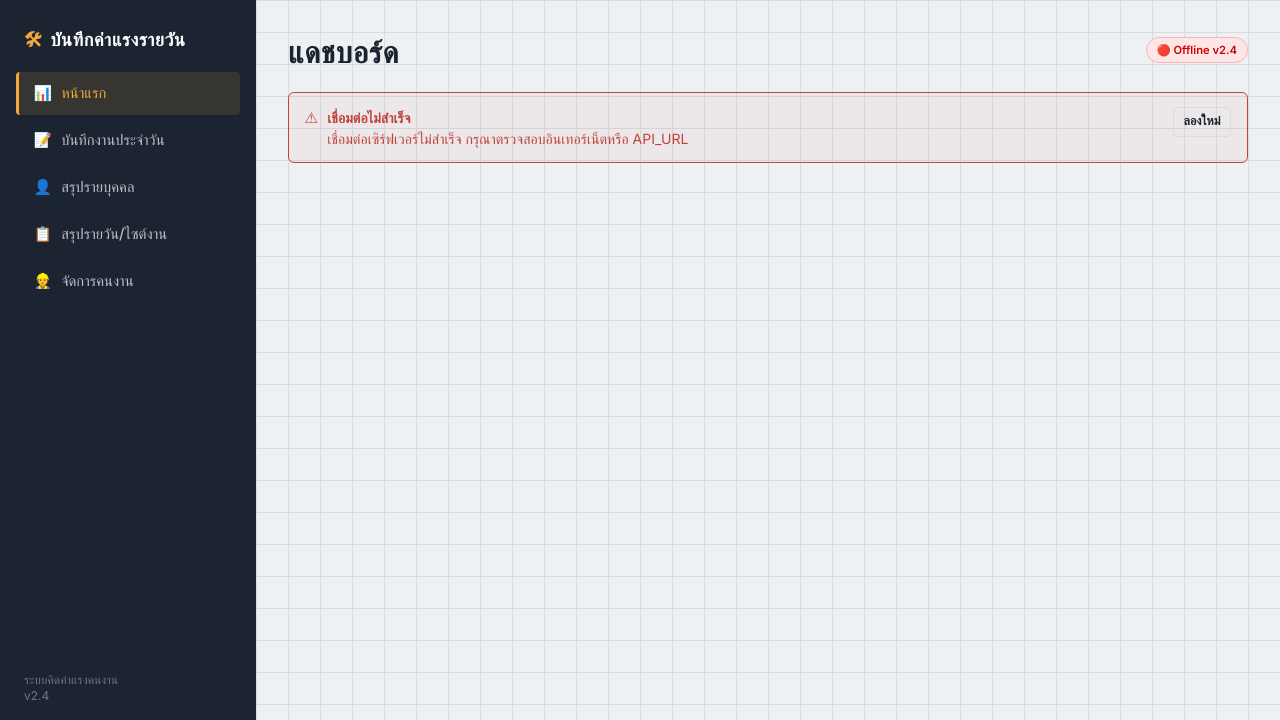
Repository: Artimis2nd/Web-Work
Page: index.html
These files come from the project's save history. The page is drawn as it stood at one moment and after the next save; the edit follows.
The browser window is 1280 px wide. The pictures show the whole page.
The page's requests for data from a server got no answer. Some web libraries are served in a nearby version.

Above is the page before, as saved 2026-07-23 09:06:29.

### index.html
<!DOCTYPE html>
<html lang="th">
<head>
<meta charset="UTF-8">
<meta name="viewport" content="width=device-width, initial-scale=1.0">
<title>หน้าแรก | ระบบคิดค่าแรงคนงาน</title>
<script src="https://cdn.tailwindcss.com"></script>
<link rel="stylesheet" href="assets/css/style.css">
</head>
<body>
<div id="app-shell"></div>

<script src="assets/js/config.js"></script>
<script src="assets/js/api.js"></script>
<script src="assets/js/utils.js"></script>
<script src="assets/js/pages/dashboard.js"></script>
</body>
</html>

### assets/css/style.css
/*
  ระบบคิดค่าแรงคนงาน — Design tokens
  แนวคิด: "สมุดบันทึกงานไซต์ก่อสร้าง" กระดาษพิมพ์เขียว (blueprint) + ตรายางประทับ + เทปวัด
*/

@import url('https://fonts.googleapis.com/css2?family=Oswald:wght@500;600;700&family=Inter:wght@400;500;600;700&family=IBM+Plex+Mono:wght@500;600&display=swap');

:root {
  /* Color */
  --ink: #1B2430;
  --ink-soft: #414B58;
  --paper: #EEF1F3;
  --paper-card: #FFFFFF;
  --blueprint: #3D6B99;
  --blueprint-dark: #2C4E70;
  --amber: #F2A93B;
  --amber-dark: #C9860F;
  --green: #3F8F5F;
  --red: #C1443C;
  --line: #D6DCE1;

  /* Type */
  --font-display: 'Oswald', sans-serif;
  --font-body: 'Inter', sans-serif;
  --font-mono: 'IBM Plex Mono', monospace;
}

body {
  background-color: var(--paper);
  background-image:
    linear-gradient(var(--line) 1px, transparent 1px),
    linear-gradient(90deg, var(--line) 1px, transparent 1px);
  background-size: 32px 32px;
  font-family: var(--font-body);
  color: var(--ink);
}

.font-display { font-family: var(--font-display); letter-spacing: 0.02em; }
.font-mono { font-family: var(--font-mono); }

/* ---------- App shell ---------- */
.app-shell {
  min-height: 100vh;
}

.sidebar {
  background: var(--ink);
  color: #E8ECEF;
}

.sidebar .brand {
  font-family: var(--font-display);
  font-weight: 600;
  letter-spacing: 0.04em;
}

.nav-tab {
  display: flex;
  align-items: center;
  gap: 0.6rem;
  padding: 0.65rem 0.9rem;
  border-radius: 4px;
  color: #B7C0CB;
  font-weight: 500;
  font-size: 0.92rem;
  transition: background-color 0.15s ease, color 0.15s ease, transform 0.1s ease;
  border-left: 3px solid transparent;
}

.nav-tab:hover {
  background: rgba(255,255,255,0.06);
  color: #FFFFFF;
}

.nav-tab.active {
  background: rgba(242, 169, 59, 0.12);
  color: var(--amber);
  border-left-color: var(--amber);
}

/* ---------- Ledger card ---------- */
.ledger-card {
  background: var(--paper-card);
  border: 1px solid var(--line);
  border-radius: 6px;
  box-shadow: 0 1px 2px rgba(27, 36, 48, 0.04);
}

.kpi-card {
  position: relative;
  overflow: hidden;
}

.kpi-card::before {
  content: '';
  position: absolute;
  left: 0; top: 0; bottom: 0;
  width: 4px;
  background: var(--tick-color, var(--blueprint));
}

.kpi-label {
  font-size: 0.72rem;
  letter-spacing: 0.08em;
  text-transform: uppercase;
  color: var(--ink-soft);
  font-weight: 600;
}

.kpi-value {
  font-family: var(--font-mono);
  font-weight: 600;
  color: var(--ink);
}

/* ---------- Measuring-tape ruled table ---------- */
.tape-table {
  border-collapse: separate;
  border-spacing: 0;
  width: 100%;
  table-layout: fixed; /* Force table to respect column widths */
}

.tape-table thead th {
  position: relative;
  text-align: center;
  font-size: 0.7rem;
  letter-spacing: 0.06em;
  text-transform: uppercase;
  color: var(--ink-soft);
  font-weight: 600;
  padding: 0.7rem 2px; /* Further reduced horizontal padding */
  border-bottom: 2px solid var(--ink);
  background: var(--paper-card);
  border-right: 1px solid var(--line);
  word-wrap: break-word; /* Allow long words in header to wrap */
  vertical-align: top; /* Align wrapped header text to the top */
}

.tape-table thead th:last-child {
  border-right: none;
}

.tape-table tbody td {
  padding: 0.65rem 2px; /* Further reduced horizontal padding */
  border-bottom: 1px dashed var(--line);
  font-size: 0.88rem;
  border-right: 1px solid var(--line);
}

.tape-table tbody td:last-child {
  border-right: none;
}

.tape-table tbody tr:hover td {
  background: #F8FAFB;
}

.tape-table tbody tr:first-child td {
  border-top: none;
}

/* left ruler ticks on first column */
.tape-table tbody td:first-child {
  position: relative;
  padding-left: 4px; /* Reduced first column padding */
}

/* ---------- Rubber stamp badge ---------- */
.stamp {
  display: inline-flex;
  align-items: center;
  gap: 0.3rem;
  font-family: var(--font-display);
  font-size: 0.68rem;
  letter-spacing: 0.08em;
  text-transform: uppercase;
  font-weight: 600;
  padding: 0.18rem 0.55rem;
  border: 1.5px solid currentColor;
  border-radius: 3px;
  transform: rotate(-2deg);
}

.stamp-active { color: var(--green); }
.stamp-inactive { color: var(--ink-soft); }
.stamp-paid { color: var(--blueprint-dark); }

/* ---------- Buttons ---------- */
.btn {
  display: inline-flex;
  align-items: center;
  justify-content: center;
  gap: 0.4rem;
  font-weight: 600;
  font-size: 0.86rem;
  padding: 0.55rem 1rem;
  border-radius: 5px;
  transition: filter 0.15s ease, transform 0.05s ease;
  cursor: pointer;
}
.btn:active { transform: translateY(1px); }

.btn-primary { background: var(--blueprint); color: #fff; }
.btn-primary:hover { filter: brightness(1.08); }

.btn-amber { background: var(--amber); color: var(--ink); }
.btn-amber:hover { filter: brightness(1.05); }

.btn-outline { background: transparent; border: 1.5px solid var(--line); color: var(--ink); }
.btn-outline:hover { border-color: var(--ink-soft); }

.btn-danger { background: transparent; color: var(--red); }
.btn-danger:hover { background: rgba(193,68,60,0.08); }

.btn[disabled] {
  cursor: not-allowed;
  filter: grayscale(0.5) brightness(0.95);
}

.progress-button-content {
  width: 100%;
  display: flex;
  flex-direction: column;
  align-items: center;
  gap: 5px;
}
.progress-label {
  font-size: 0.8rem;
  transition: color 0.2s ease;
}
.progress-track {
  width: 100%;
  height: 5px;
  background: rgba(255,255,255,0.3);
  border-radius: 3px;
  overflow: hidden;
}
.progress-fill {
  height: 100%;
  background: #fff;
  border-radius: 3px;
  transition: width 0.15s linear;
}

.btn-sm { padding: 0.3rem 0.6rem; font-size: 0.78rem; }

/* ---------- Form fields ---------- */
.field-label {
  display: block;
  font-size: 0.8rem;
  font-weight: 600;
  color: var(--ink-soft);
  margin-bottom: 0.3rem;
}

.field-input {
  width: 100%;
  border: 1.5px solid var(--line);
  border-radius: 5px;
  padding: 0.55rem 0.75rem;
  font-size: 0.9rem;
  background: #fff;
  color: var(--ink);
}
.field-input:focus {
  outline: none;
  border-color: var(--blueprint);
  box-shadow: 0 0 0 3px rgba(61, 107, 153, 0.15);
}

textarea.field-input {
  min-height: 120px;
  resize: vertical;
}

.worker-check {
  display: flex;
  align-items: center;
  justify-content: space-between;
  padding: 0.6rem 0.75rem;
  border: 1.5px solid var(--line);
  border-radius: 5px;
  cursor: pointer;
  transition: border-color 0.15s ease, background-color 0.15s ease;
}
.worker-check.checked {
  border-color: var(--amber-dark);
  background: rgba(242, 169, 59, 0.08);
}

/* ---------- Worker wage options (v2) ---------- */
.worker-options {
  display: none;
  margin-top: 0.5rem;
  padding: 0.75rem;
  background: #F8FAFB;
  border: 1px solid var(--line);
  border-radius: 5px;
}
.worker-options.open {
  display: block;
}

.wage-type-toggle {
  display: flex;
  gap: 0.5rem;
  margin-bottom: 0.5rem;
}

.wage-type-btn {
  padding: 0.3rem 0.7rem;
  font-size: 0.78rem;
  border: 1.5px solid var(--line);
  border-radius: 4px;
  background: #fff;
  cursor: pointer;
  font-weight: 500;
  transition: all 0.12s ease;
}
.wage-type-btn.active {
  border-color: var(--blueprint);
  background: var(--blueprint);
  color: #fff;
}

.wage-input-group {
  display: flex;
  align-items: center;
  gap: 0.5rem;
  flex-wrap: wrap;
}

.wage-input-group label {
  font-size: 0.8rem;
  color: var(--ink-soft);
  font-weight: 500;
}

.wage-input-group select,
.wage-input-group input[type="number"] {
  border: 1.5px solid var(--line);
  border-radius: 4px;
  padding: 0.3rem 0.5rem;
  font-size: 0.85rem;
  background: #fff;
  color: var(--ink);
  font-family: var(--font-mono);
}
.wage-input-group select:focus,
.wage-input-group input[type="number"]:focus {
  outline: none;
  border-color: var(--blueprint);
}

.wage-calc-result {
  font-size: 0.82rem;
  font-weight: 600;
  color: var(--blueprint-dark);
  margin-top: 0.3rem;
}

.wage-calc-result .no-markup {
  color: var(--red);
  font-size: 0.72rem;
  font-weight: 500;
}

/* ---------- Image upload (v2) ---------- */
.image-upload-area {
  border: 2px dashed var(--line);
  border-radius: 6px;
  padding: 1.5rem;
  text-align: center;
  cursor: pointer;
  transition: border-color 0.15s ease, background-color 0.15s ease;
}
.image-upload-area:hover {
  border-color: var(--blueprint);
  background: rgba(61, 107, 153, 0.04);
}
.image-upload-area.dragover {
  border-color: var(--amber);
  background: rgba(242, 169, 59, 0.06);
}

.image-grid {
  display: grid;
  grid-template-columns: repeat(auto-fill, minmax(100px, 1fr));
  gap: 0.5rem;
  margin-top: 0.75rem;
}

.image-preview {
  position: relative;
  aspect-ratio: 1;
  border-radius: 4px;
  overflow: hidden;
  border: 1px solid var(--line);
}
.image-preview img {
  width: 100%;
  height: 100%;
  object-fit: cover;
}
.image-preview .remove-btn {
  position: absolute;
  top: 2px;
  right: 2px;
  width: 22px;
  height: 22px;
  border-radius: 50%;
  background: rgba(0,0,0,0.6);
  color: #fff;
  border: none;
  font-size: 14px;
  line-height: 1;
  cursor: pointer;
  display: flex;
  align-items: center;
  justify-content: center;
  transition: background 0.12s ease;
}
.image-preview .remove-btn:hover {
  background: var(--red);
}

.image-count {
  font-size: 0.78rem;
  color: var(--ink-soft);
  margin-top: 0.4rem;
}

/* ---------- Loading skeleton ---------- */
.skeleton {
  background: linear-gradient(90deg, #E4E8EB 25%, #EDF0F2 37%, #E4E8EB 63%);
  background-size: 400% 100%;
  animation: skeleton-loading 1.4s ease infinite;
  border-radius: 4px;
}
@keyframes skeleton-loading {
  0% { background-position: 100% 50%; }
  100% { background-position: 0 50%; }
}

.spinner {
  width: 1.1rem;
  height: 1.1rem;
  border: 2.5px solid rgba(255,255,255,0.4);
  border-top-color: #fff;
  border-radius: 50%;
  animation: spin 0.7s linear infinite;
}
.spinner-dark {
  border: 2.5px solid rgba(27,36,48,0.15);
  border-top-color: var(--blueprint);
}
@keyframes spin { to { transform: rotate(360deg); } }

/* ---------- Toast ---------- */
#toast-container {
  position: fixed;
  bottom: 1.25rem;
  right: 1.25rem;
  z-index: 60;
  display: flex;
  flex-direction: column;
  gap: 0.5rem;
}

.toast {
  min-width: 260px;
  max-width: 340px;
  padding: 0.75rem 1rem;
  border-radius: 6px;
  font-size: 0.86rem;
  font-weight: 500;
  color: #fff;
  box-shadow: 0 6px 16px rgba(0,0,0,0.18);
  animation: toast-in 0.2s ease;
}
@keyframes toast-in {
  from { opacity: 0; transform: translateY(8px); }
  to { opacity: 1; transform: translateY(0); }
}
.toast-success { background: var(--green); }
.toast-error { background: var(--red); }
.toast-info { background: var(--blueprint-dark); }

/* ---------- Error banner ---------- */
.error-banner {
  border: 1.5px solid var(--red);
  background: rgba(193, 68, 60, 0.06);
  color: var(--red);
  border-radius: 6px;
  padding: 0.85rem 1rem;
  font-size: 0.88rem;
  display: flex;
  align-items: flex-start;
  gap: 0.6rem;
}

/* ---------- Status badge ---------- */
.status-badge {
  display: flex;
  align-items: center;
  gap: 6px;
  font-size: 0.7rem;
  padding: 5px 10px;
  border-radius: 20px;
  white-space: nowrap;
  font-weight: 600;
  border: 1.5px solid transparent;
  transition: background 0.2s ease, color 0.2s ease;
}
.status-badge.status-online,
.status-badge.status-offline {
  /* เปลี่ยนกลับเป็น text-only เมื่อได้ผลลัพธ์ */
  display: inline-flex;
  align-items: center;
  gap: 4px;
  padding: 4px 10px;
}
.status-online {
  background: #e6f7e6;
  color: #1a7d1a;
  border-color: #b8e6b8;
}
.status-offline {
  background: #ffe6e6;
  color: #cc0000;
  border-color: #f5b8b8;
}

.status-progress-label {
  font-size: 0.65rem;
  font-weight: 700;
  min-width: 3.5em;
  text-align: center;
}
.status-progress-track {
  width: 60px;
  height: 6px;
  background: #dce2e8;
  border-radius: 3px;
  overflow: hidden;
}
.status-progress-fill {
  height: 100%;
  background: #3D6B99;
  border-radius: 3px;
  transition: width 0.15s linear;
}
.status-loading {
  background: #f0f4f8;
  color: #3D6B99;
  border-color: #c8d4e0;
}

/* ---------- Text truncate for job detail ---------- */
.text-truncate {
  max-width: 250px;
  white-space: normal; /* Allow text to wrap */
  word-break: break-word; /* Break long words to prevent overflow */
}

/* Scrollbar tidy */
::-webkit-scrollbar { width: 8px; height: 8px; }
::-webkit-scrollbar-thumb { background: #C7CFD6; border-radius: 4px; }

/* ---------- Print Styles ---------- */
@media print {
  body {
    background: none;
  }

  /* Hide everything by default */
  body * {
    visibility: hidden;
  }

  /* Then, show the printable area and its children */
  #printable-area, #printable-area * {
    visibility: visible;
  }

  /* Position the printable area at the top of the page */
  #printable-area {
    position: absolute;
    left: 0;
    top: 0;
    width: 100%;
    padding: 0;
  }
}

### assets/js/config.js
/**
 * ตั้งค่า URL ของ Google Apps Script Web App ที่นี่
 * หลังจาก Deploy Web App แล้ว ให้นำ URL ที่ได้ (ลงท้ายด้วย /exec) มาวางแทนค่าด้านล่าง
 */
window.API_URL = 'https://script.google.com/macros/s/AKfycbyyXY_YjBvFi9lMIIbMjmkdoYzpeusf_W97DfdqgGDmp-2ctgk91iVhUHt_Y6VvIAqVZg/exec';

### assets/js/api.js
/**
 * โมดูลกลางสำหรับเรียก Google Apps Script Web App
 * ใช้ Content-Type: text/plain เพื่อให้ browser ส่งเป็น "simple request"
 * (หลีกเลี่ยงปัญหา CORS preflight ที่ Apps Script ไม่รองรับ)
 */
const Api = (() => {
  async function call(action, payload = {}) {
    if (!window.API_URL || window.API_URL.includes('YOUR_DEPLOYMENT_ID')) {
      throw new Error('ยังไม่ได้ตั้งค่า API_URL — กรุณาแก้ไขไฟล์ assets/js/config.js');
    }

    let response;
    try {
      response = await fetch(window.API_URL, {
        method: 'POST',
        headers: { 'Content-Type': 'text/plain;charset=utf-8' },
        body: JSON.stringify({ action, payload })
      });
    } catch (networkErr) {
      throw new Error('เชื่อมต่อเซิร์ฟเวอร์ไม่สำเร็จ กรุณาตรวจสอบอินเทอร์เน็ตหรือ API_URL');
    }

    if (!response.ok) {
      throw new Error('เซิร์ฟเวอร์ตอบกลับผิดพลาด (HTTP ' + response.status + ')');
    }

    let json;
    try {
      json = await response.json();
    } catch (parseErr) {
      throw new Error('รูปแบบข้อมูลที่ได้รับไม่ถูกต้อง');
    }

    if (!json.ok) {
      throw new Error(json.error || 'เกิดข้อผิดพลาดที่ไม่ทราบสาเหตุ');
    }

    return json.data;
  }

  return {
    getDashboard: () => call('getDashboard'),
    getWorkers: () => call('getWorkers'),
    addWorker: (payload) => call('addWorker', payload),
    updateWorker: (payload) => call('updateWorker', payload),
    deleteWorker: (payload) => call('deleteWorker', payload),
    getLogs: (payload) => call('getLogs', payload),
    addLogs: (payload) => call('addLogs', payload),
    deleteLogGroup: (payload) => call('deleteLogGroup', payload),
    getReport: (payload) => call('getReport', payload),
    getPivotReport: (payload) => call('getPivotReport', payload),
    // === ฟังก์ชันใหม่สำหรับระบบใบงาน v2 ===
    getLogGroup: (payload) => call('getLogGroup', payload),
    updateLogGroup: (payload) => call('updateLogGroup', payload),
    getSiteHistory: () => call('getSiteHistory'),
    getRequesterHistory: () => call('getRequesterHistory')
  };
})();

### assets/js/pages/dashboard.js
(() => {
  Utils.renderShell('index.html', 'แดชบอร์ด');

  const content = document.getElementById('page-content');

  function skeletonKpis() {
    content.innerHTML = `
      <div class="grid grid-cols-2 lg:grid-cols-4 gap-4 mb-6">
        ${[0,1,2,3].map(() => `
          <div class="ledger-card p-4">
            <div class="skeleton" style="height:12px;width:60%;margin-bottom:10px"></div>
            <div class="skeleton" style="height:26px;width:80%"></div>
          </div>
        `).join('')}
      </div>
      <div class="ledger-card p-4">
        <div class="skeleton" style="height:18px;width:200px;margin-bottom:16px"></div>
        <table class="tape-table"><tbody>${Utils.skeletonRows(6, 8)}</tbody></table>
      </div>
    `;
  }

  function kpiCard(label, value, colorVar, prefix = '') {
    return `
      <div class="ledger-card kpi-card p-4" style="--tick-color:${colorVar}">
        <div class="kpi-label">${label}</div>
        <div class="kpi-value text-2xl mt-1">${prefix}${value}</div>
      </div>
    `;
  }

  function renderGroupRow(group) {
    return `
      <tr>
        <td class="text-center"><input type="checkbox" class="group-checkbox" value="${Utils.escapeHtml(group.groupId)}"></td>
        <td class="text-center">${Utils.formatDate(group.date)}</td>
        <td class="text-center text-truncate" title="${Utils.escapeHtml(group.site || '-')}">${Utils.escapeHtml(group.site || '-')}</td>
        <td class="truncate max-w-xs" title="${Utils.escapeHtml(group.jobDetail || '-')}">${Utils.escapeHtml(group.jobDetail || '-')}</td>
        <td class="font-mono text-center">${group.workerCount || 0} คน</td>
        <td class="font-mono font-semibold text-center" style="color:var(--blueprint-dark)">฿${Utils.money(group.totalNormal + group.totalFixed)}</td>
        <td class="text-center">${Utils.escapeHtml(group.requestedBy || '-')}</td>
        <td>
          <div class="flex gap-1 justify-center">
            <button class="btn btn-outline btn-sm" data-edit-group="${Utils.escapeHtml(group.groupId)}">&#9998;</button>
            <button class="btn btn-danger btn-sm" data-delete-group="${Utils.escapeHtml(group.groupId)}">&#128465;</button>
          </div>
        </td>
      </tr>
    `;
  }

  function renderData(data) {
    content.innerHTML = `
      <div class="grid grid-cols-2 lg:grid-cols-4 gap-4 mb-6">
        ${kpiCard('จำนวนคนงานทั้งหมด', data.totalWorkers, 'var(--blueprint)')}
        ${kpiCard('ใบงานที่บันทึกแล้ว', data.totalLogGroups, 'var(--amber-dark)')}
        ${kpiCard('ยอดค่าแรงปกติ+OT สะสม', Utils.money(data.totalNormalWage), 'var(--green)', '฿')}
        ${kpiCard('ยอดค่าแรงเหมาสะสม', Utils.money(data.totalFixedWage), 'var(--red)', '฿')}
      </div>

      <div class="ledger-card p-4">
        <div class="flex items-center justify-between mb-3">
          <h2 class="font-display text-lg font-semibold">รายการใบงานล่าสุด</h2>
          <div class="flex gap-2">
            <button id="view-selected-btn" class="btn btn-outline btn-sm">📋 ดูรายการ</button>
            <a href="daily-log.html" class="btn btn-amber btn-sm">+ บันทึกงานใหม่</a>
          </div>
        </div>
        <div class="overflow-x-auto">
          <table class="tape-table" style="table-layout: fixed; width: 100%;">
            <thead>
              <tr>
                <th style="width: 40px;"><input type="checkbox" id="select-all-checkbox" title="เลือกทั้งหมด"></th>
                <th style="width: 100px;">วันที่</th>
                <th style="width: 120px;">ไซต์งาน</th>
                <th style="width: 150px;">รายละเอียดงาน</th>
                <th style="width: 80px;">จำนวนคน</th>
                <th style="width: 100px;">รวมจ่าย</th>
                <th style="width: 100px;">ผู้สั่งงาน</th>
                <th style="width: 80px;"></th>
              </tr>
            </thead>
            <tbody id="log-rows">
              ${data.recentGroups && data.recentGroups.length
                ? data.recentGroups.map(renderGroupRow).join('')
                : `<tr><td colspan="8" class="text-center py-6" style="color:var(--ink-soft)">ยังไม่มีบันทึกงาน — เริ่มบันทึกได้ที่ปุ่มด้านบน</td></tr>`}
            </tbody>
          </table>
        </div>
      </div>
    `;

    // Edit buttons
    content.querySelectorAll('[data-edit-group]').forEach(btn => {
      btn.addEventListener('click', () => {
        const groupId = btn.getAttribute('data-edit-group');
        window.location.href = 'daily-log.html?edit=' + encodeURIComponent(groupId);
      });
    });

    // Delete buttons
    content.querySelectorAll('[data-delete-group]').forEach(btn => {
      btn.addEventListener('click', async () => {
        const groupId = btn.getAttribute('data-delete-group');
        if (!confirm('ยืนยันการลบใบงานนี้ทั้งหมด?')) return;
        btn.disabled = true;
        btn.innerHTML = '<span class="spinner spinner-dark"></span>';
        try {
          await Api.deleteLogGroup({ groupId });
          Utils.toast('ลบใบงานเรียบร้อย', 'success');
          load();
        } catch (err) {
          Utils.toast(err.message, 'error');
          btn.disabled = false;
          btn.textContent = '🗑️';
        }
      });
    });

    // Select All checkbox
    const selectAllCheckbox = document.getElementById('select-all-checkbox');
    if (selectAllCheckbox) {
      selectAllCheckbox.addEventListener('change', () => {
        const checkboxes = document.querySelectorAll('.group-checkbox');
        checkboxes.forEach(cb => cb.checked = selectAllCheckbox.checked);
      });
    }

    // View selected button
    const viewBtn = document.getElementById('view-selected-btn');
    if (viewBtn) {
      viewBtn.addEventListener('click', () => {
        const checked = document.querySelectorAll('.group-checkbox:checked');
        const ids = Array.from(checked).map(cb => cb.value);
        if (ids.length === 0) {
          Utils.toast('กรุณาเลือกรายการใบงานก่อน', 'error');
          return;
        }
        sessionStorage.setItem('printGroups', JSON.stringify(ids));
        window.open('summary-print.html', '_blank');
      });
    }
  }

  async function load() {
    skeletonKpis();
    try {
      const data = await Api.getDashboard();
      renderData(data);
    } catch (err) {
      content.innerHTML = '';
      content.appendChild(Utils.errorBanner(err.message, load));
    }
  }

  load();
})();

Loaded but not shown: assets/js/utils.js (288 lines, source omitted)

After the next save:
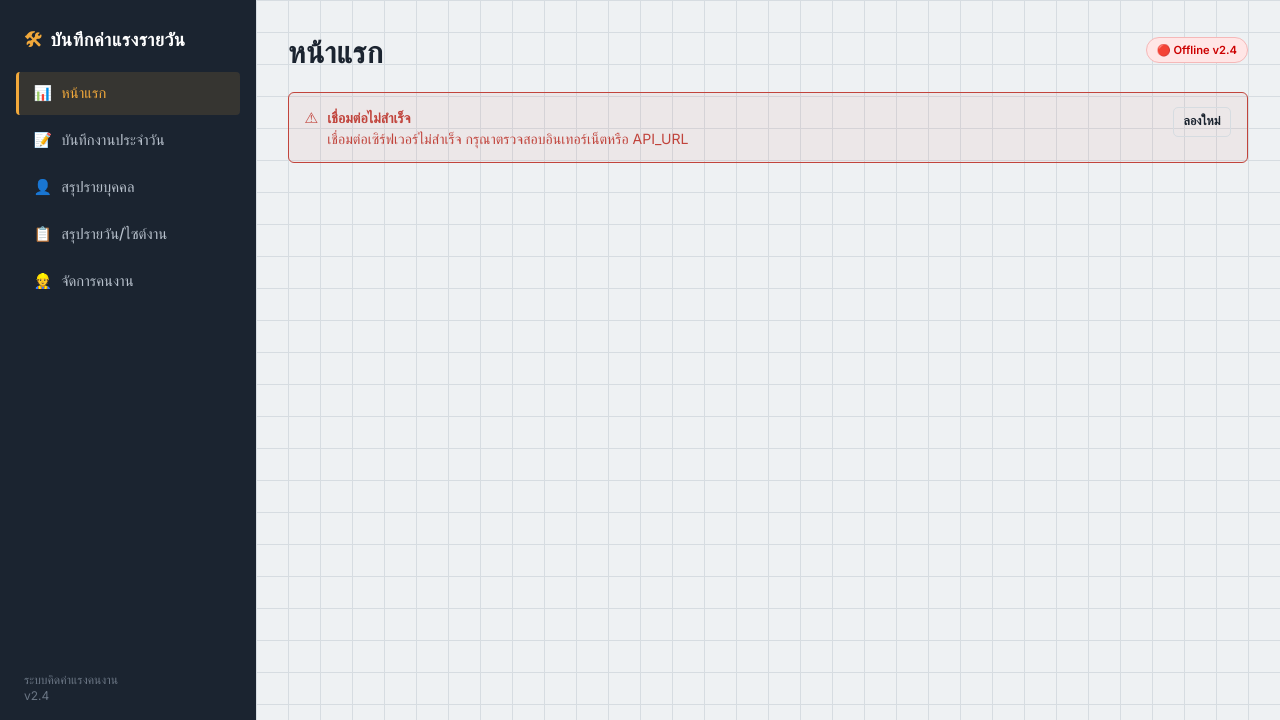
Saved 27 s later.
--- a/assets/js/pages/dashboard.js
+++ b/assets/js/pages/dashboard.js
@@ -1,5 +1,5 @@
 (() => {
-  Utils.renderShell('index.html', 'แดชบอร์ด');
+  Utils.renderShell('index.html', 'หน้าแรก');
 
   const content = document.getElementById('page-content');
 
